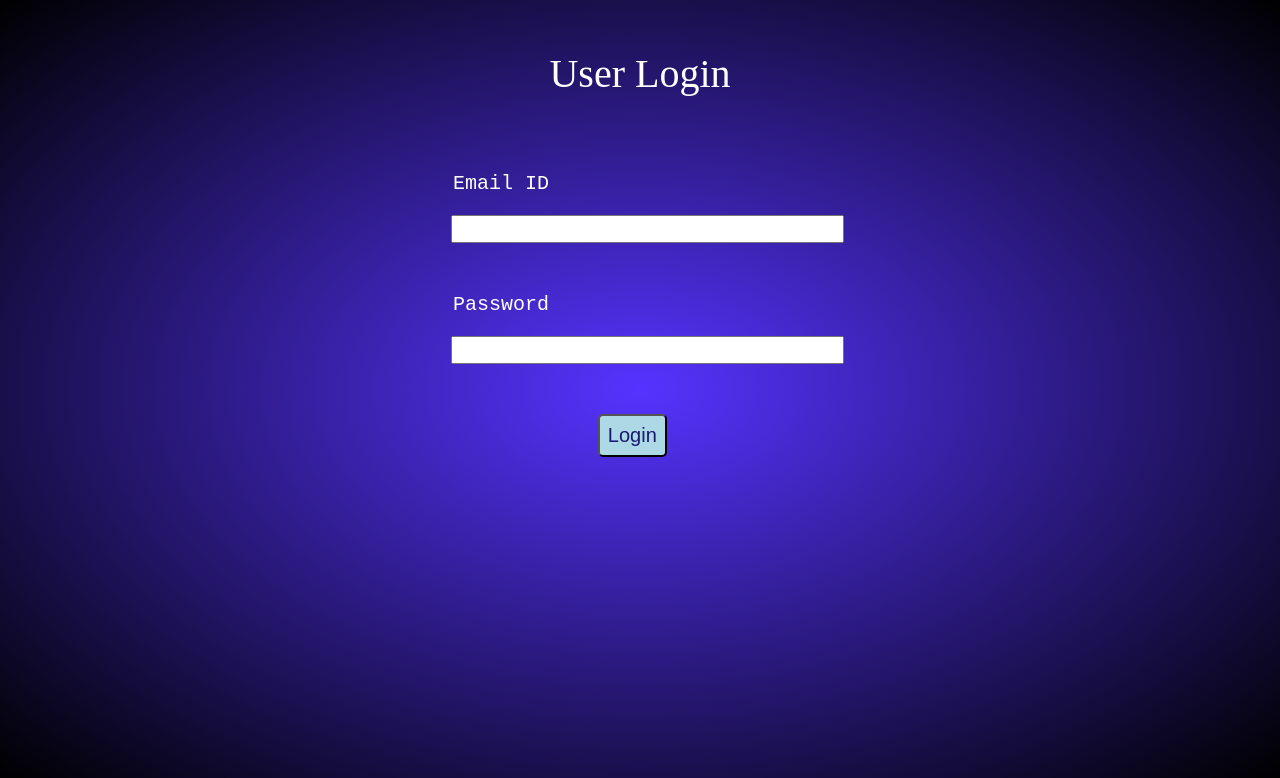
Repository: ShreyasG27/Amdocs-Training
Page: http://localhost/elearning-frontend/loginuser.jsp
An editor plug-in stored every save of this project. The page is shown before and after the next save, followed by the edit.
The browser window is 1280 px wide. The pictures show the whole page.
The page is served by Tomcat 9. Nobody is signed in. The application's start-up code is not run.

Above is the page before, as saved 2021-08-22 14:04:45.

After the next save:
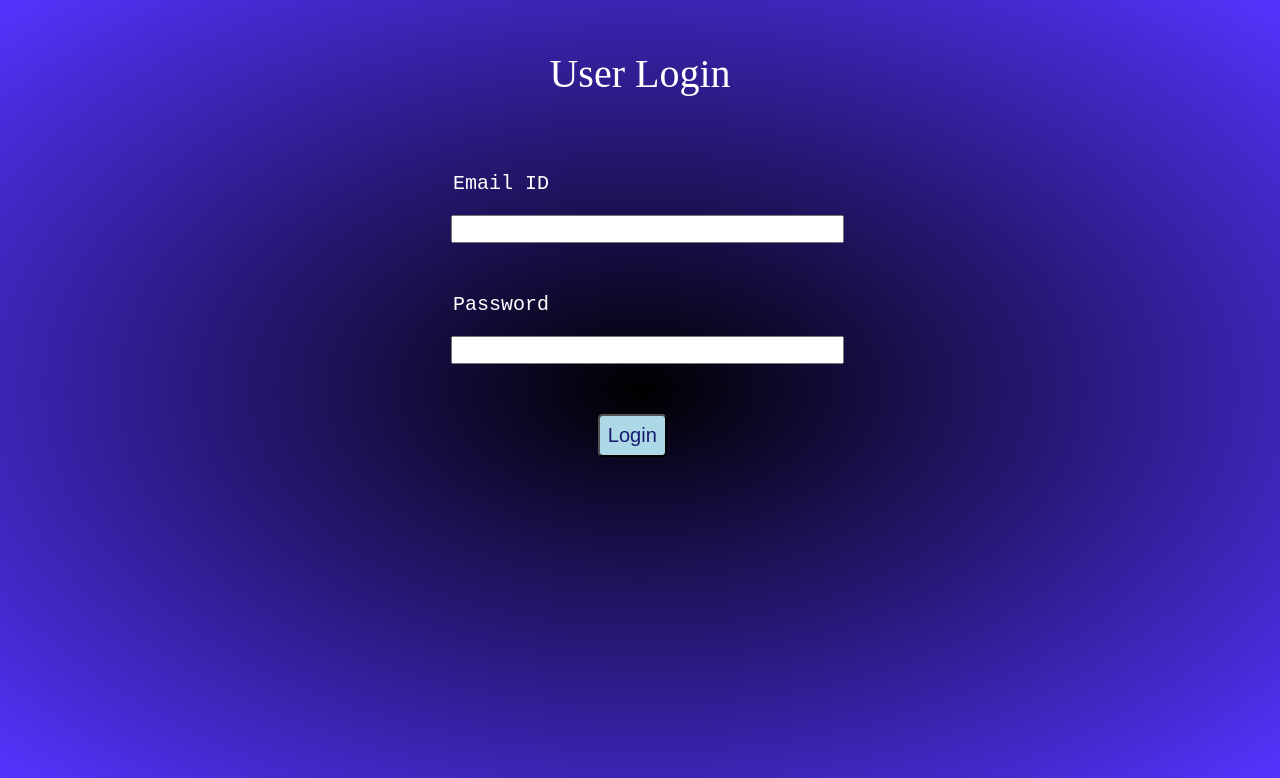
Saved 3 min 7 s later.
--- a/elearning-frontend/WebContent/loginuser.jsp
+++ b/elearning-frontend/WebContent/loginuser.jsp
@@ -7,7 +7,7 @@
 <title>User Login</title>
 <style>
 body{
-	background-image: radial-gradient(#5633ff, #000000);
+	background-image: radial-gradient( #000000,#5633ff);
 	color: white;
 	height: 100vh;
 }
